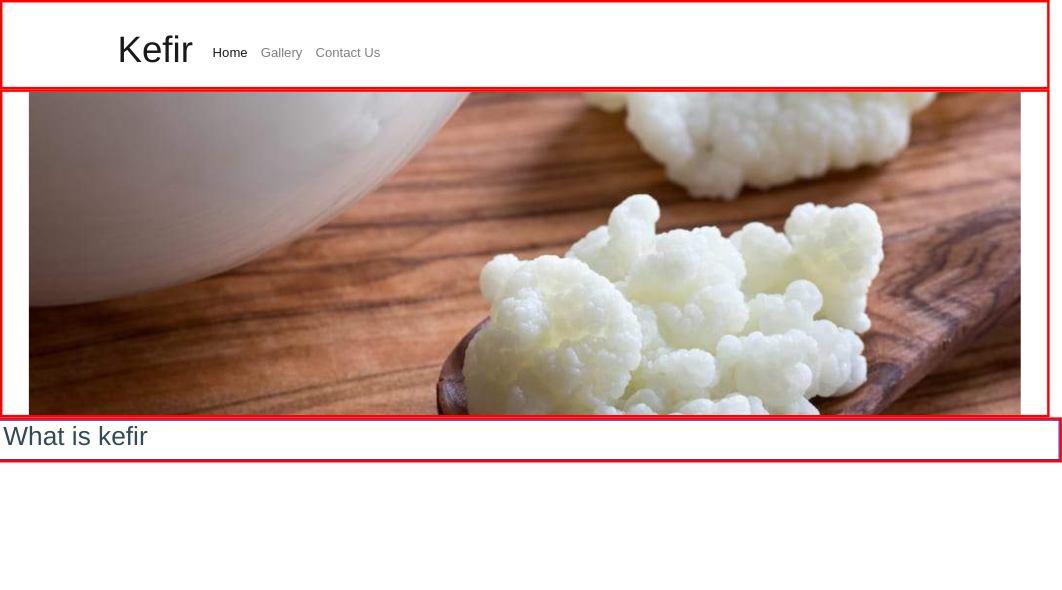
Repository: andna5980/kefir-web
Page: src/index.html
These files come from the project's save history. The page is drawn as it stood at one moment and after the next save; the edit follows.
The browser window is 1280 px wide. The page is 1295 px wide, so the pictures cover 1295 px, including what lies to the right of the window. The pictures show the whole page, at 82% of full size.
Some web fonts or font styles are not loaded; a fallback is used. Some web libraries are served in a nearby version.

Above is the page before, as saved 2021-02-28 11:52:16.

### src/index.html
<!DOCTYPE html>
<html lang="en-US">

<head>
  <meta charset="UTF-8">
  <meta name="viewport" content="width=device-width, initial-scale=1.0">
  <meta name="author" content="Andres Navarrete">
  <meta name="description"
    content="Kefir, meet the power of nature. Bring the right knowledge and the best recipes from mother nature">
  <meta name="keywords" content="Kefir, recipes, natural-products, home-made, organic, healthy">
  <title>KEFIR | MEET THE POWER OF NATURE</title>
  <link rel="stylesheet" href="https://cdn.jsdelivr.net/npm/bootstrap@4.5.3/dist/css/bootstrap.min.css"
    integrity="sha384-TX8t27EcRE3e/ihU7zmQxVncDAy5uIKz4rEkgIXeMed4M0jlfIDPvg6uqKI2xXr2" crossorigin="anonymous">
  <link rel="stylesheet" href="https://use.fontawesome.com/releases/v5.6.3/css/all.css"
    integrity="sha384-UHRtZLI+pbxtHCWp1t77Bi1L4ZtiqrqD80Kn4Z8NTSRyMA2Fd33n5dQ8lWUE00s/" crossorigin="anonymous">
  <link href="../src/assets/styles/style.css" rel="stylesheet">
</head>

<body>
  <!--------------------Main-Header-------------------------------------->
  <header>
    <nav class="test-red navbar navbar-expand-md navbar-light">
      <a class="navbar-brand" href="#">Kefir</a>
      <button class="navbar-toggler" type="button" data-toggle="collapse" data-target="#navbarNav"
        aria-controls="navbarNav" aria-expanded="false" aria-label="Toggle navigation">
        <span class="navbar-toggler-icon"></span>
      </button>
      <div class="collapse navbar-collapse" id="navbarNav">
        <ul class="navbar-nav">
          <li class="nav-item active">
            <a class="nav-link" href="#">Home <span class="sr-only">(current)</span></a>
          </li>
          <li class="nav-item">
            <a class="nav-link" href="#">Gallery</a>
          </li>
          <li class="nav-item">
            <a class="nav-link" href="#">Contact Us</a>
          </li>

        </ul>
      </div>
    </nav>
  </header>

  <!--------------------Hero-mage-------------------------------------->

  <div class="test-red container-hero">
    <div class="hero-image col-12"></div>
  </div>


<!--------------------What -------------------------------------->

<section>
  <div class=" test-red row">
    <div class=" test-blue col-12"><h2>What is kefir</h2></div>
  </div>





</section>





</body>











<script src="https://code.jquery.com/jquery-3.2.1.slim.min.js"
  integrity="sha384-KJ3o2DKtIkvYIK3UENzmM7KCkRr/rE9/Qpg6aAZGJwFDMVNA/GpGFF93hXpG5KkN" crossorigin="anonymous"></script>
<script src="https://cdnjs.cloudflare.com/ajax/libs/popper.js/1.12.9/umd/popper.min.js"
  integrity="sha384-ApNbgh9B+Y1QKtv3Rn7W3mgPxhU9K/ScQsAP7hUibX39j7fakFPskvXusvfa0b4Q" crossorigin="anonymous"></script>
<script src="https://maxcdn.bootstrapcdn.com/bootstrap/4.0.0/js/bootstrap.min.js"
  integrity="sha384-JZR6Spejh4U02d8jOt6vLEHfe/JQGiRRSQQxSfFWpi1MquVdAyjUar5+76PVCmYl" crossorigin="anonymous"></script>

</html>

### src/assets/styles/style.css
@import url('https://fonts.googleapis.com/css2?family=Amatic+SC&family=Caveat+Brush&display=swap');

.container {
    margin: 15px;
}


body {
    font-family: Arial, Helvetica, sans-serif;
    color: #2F4B58;
    max-width: 1500px;
}

h2 {
    font-family:  Caveat Brush, Helvetica, sans-serif;
    color: #2F4B58;
}


/*----------------------BORDER ROWS AND COLUMNS----------*/

.test-red {
    border: 3px solid red
}

.test-blue {
    border:1px solid blue
}









/*-----------------------Header ----------*/

.navbar-brand {
    float: left;
    color: #2F4B58;
    font-family:  Caveat Brush, Helvetica, sans-serif;
    font-size: 280%;
    margin-left: 10%;
    margin-top: 10px;
}

.navbar-nav {
    float: right;
}

.navbar-nav li a{
    margin-top: 20px;
    color: #2F4B58;
}


.navbar-toggler {
    border: 2px solid #2F4B58;
    color: #2F4B58;
}

.navbar-toggler.icon{

}






.menu a {
    text-decoration: none;
    color: #2F4B58;
}

.menu  {
list-style-type: none;
margin-right: 5%;
margin-top: 30px; /* CHAPUZA  */
word-spacing: 5px;
}

.menu ul {
    float:right;
    margin-left: 10px;
}

.menu li {
    list-style-type: none;
    display: inline-flex;
}


/*-----------------------Heeo-image ----------*/

.container-hero {
    height: 400px;
    overflow: hidden;
}

.hero-image {
    height: 400px;
    width: 100%;
    background: url(../images/milk-kefir-grains-spoon_1024x1024.jpg) no-repeat center;
    animation-name: hero-zoom;
    animation-duration: 4s;
    animation-fill-mode: forwards;
}

/*------Animation of the Hero image-------*/

@keyframes hero-zoom {
    from{
        transform: scale(1);
    }
    to{
        transform: scale(1.2);
    }
}

After the next save:
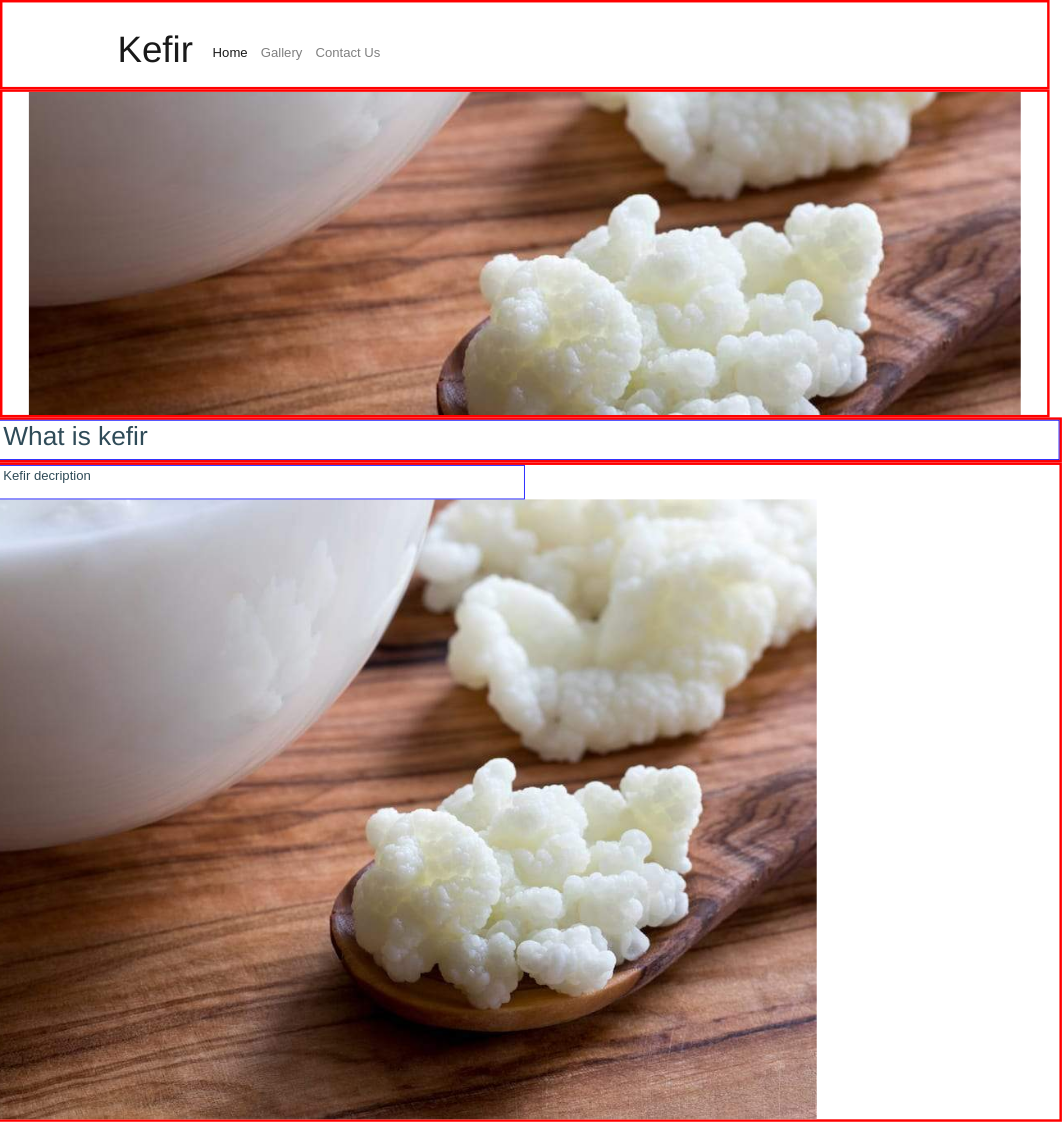
Saved 5 min 41 s later.
--- a/src/index.html
+++ b/src/index.html
@@ -56,6 +56,15 @@
     <div class=" test-blue col-12"><h2>What is kefir</h2></div>
   </div>
 
+    <div class=" test-red row">
+      <div class="test-blue col-6">
+        <p> Kefir decription</p>
+      </div>
+        <img src="../src/assets/images/milk-kefir-grains-spoon_1024x1024.jpg" alt="kefir products">
+      <div class="col-6">
+
+      </div>
+    </div>
 
 
 
